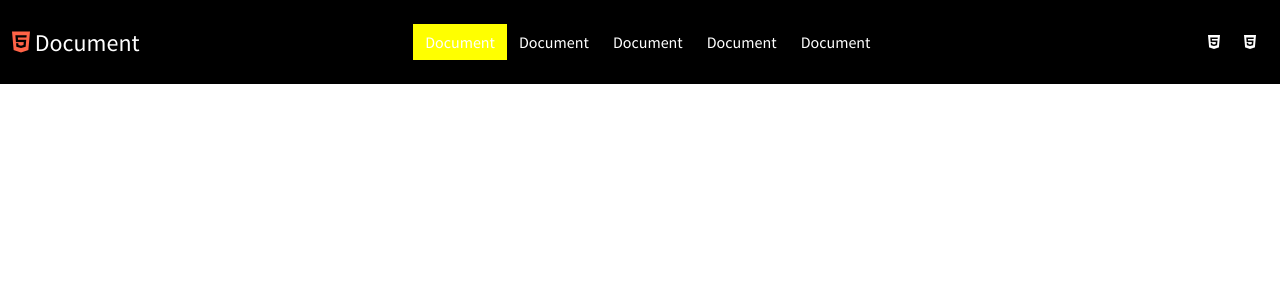
Repository: GoodHoneyCake/Dream_Coding_Academy2
Page: index.html
These files come from the project's save history. The page is drawn as it stood at one moment and after the next save; the edit follows.
The browser window is 1280 px wide. The pictures show the whole page.
The pointer rests on the first visible `.navbar__menu li`.
Some web libraries are served in a nearby version.

Above is the page before, as saved 2021-01-07 16:34:08.

After the next save:
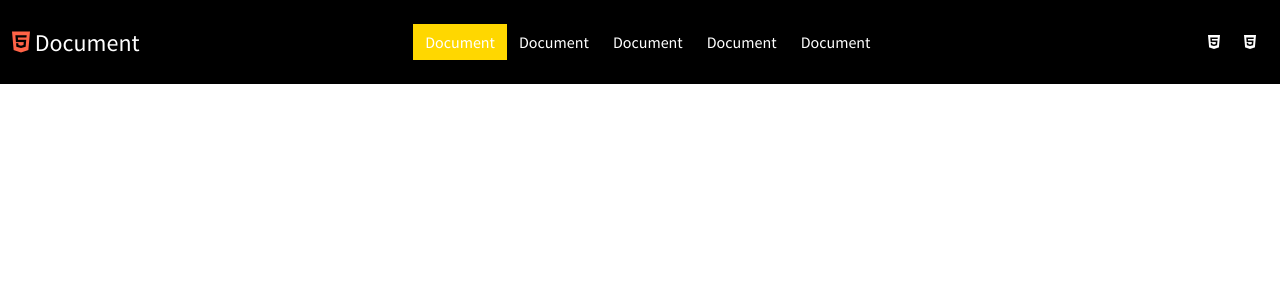
Saved 10 s later.
--- a/style.css
+++ b/style.css
@@ -36,7 +36,7 @@
 }
 
 .navbar__menu li:hover {
-  background-color: yellow;
+  background-color: gold;
 }
 
 .navbar__icons {
